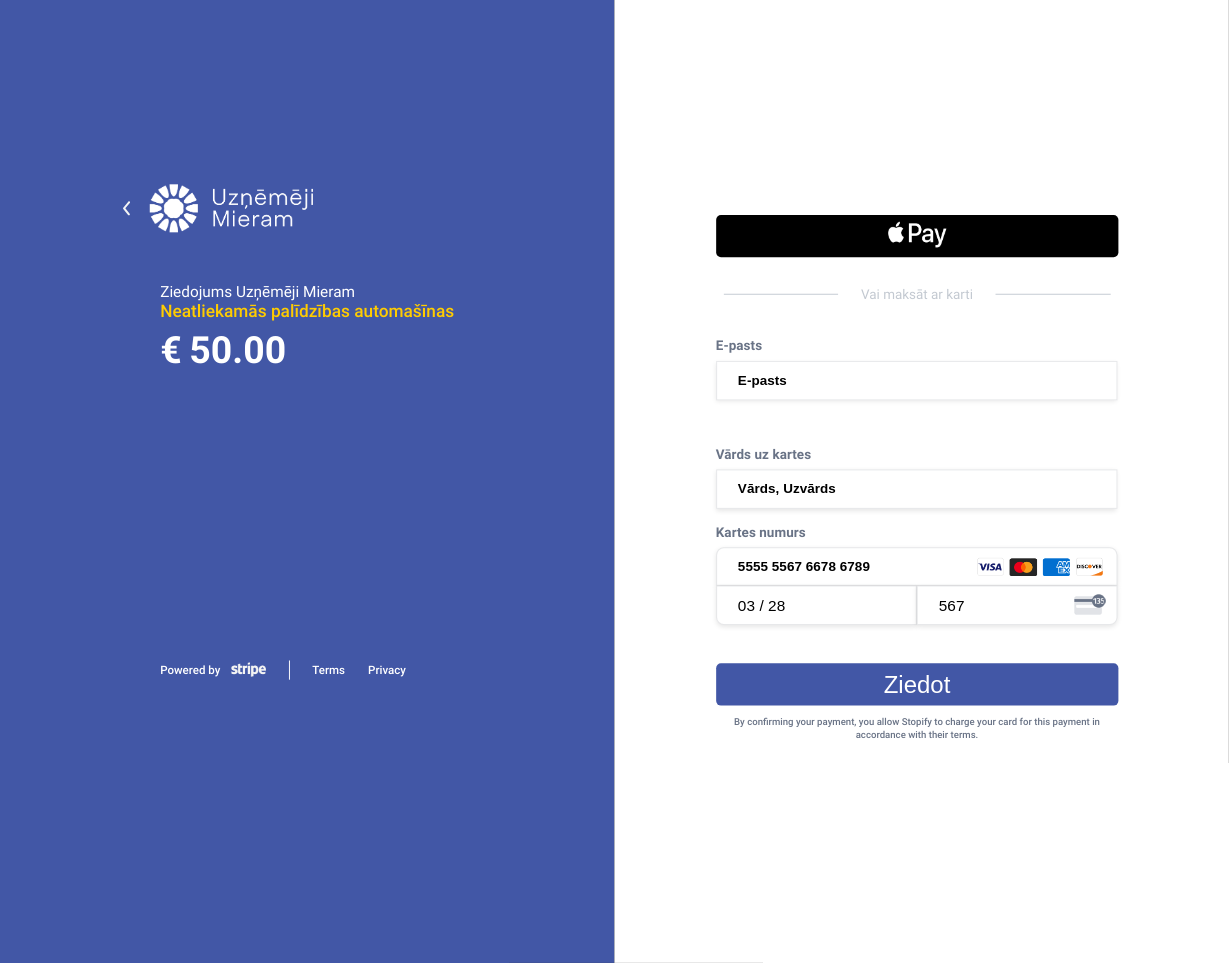
Repository: KatrinaPa/projekts_jul
Page: stripe.html
An editor plug-in stored every save of this project. The page is shown before and after the next save, followed by the edit.
The browser window is 1280 px wide. The pictures show the whole page, at 96% of full size.

Above is the page before, as saved 2023-08-03 21:23:40.

### stripe.html
<!DOCTYPE html>
<html lang="en">

<head>
    <meta charset="UTF-8">
    <meta http-equiv="X-UA-Compatible" content="IE=edge">
    <meta name="viewport" content="width=device-width, initial-scale=1.0">
    <title>Stripe</title>
    <link rel="preconnect" href="https://fonts.googleapis.com">
    <link rel="preconnect" href="https://fonts.gstatic.com" crossorigin>
    <link href="https://fonts.googleapis.com/css2?family=Poppins:wght@300;400;500;600;700&display=swap"
        rel="stylesheet">
    <link rel="preconnect" href="https://fonts.googleapis.com">
    <link rel="preconnect" href="https://fonts.gstatic.com" crossorigin>
    <link href="https://fonts.googleapis.com/css2?family=Poppins:wght@300;400;500;600&display=swap" rel="stylesheet">
    <link rel="stylesheet" href="./assets/main.css" />
    <link rel="stylesheet" href="./assets/stripe-styles.css" />
    <link rel="stylesheet" href="https://cdnjs.cloudflare.com/ajax/libs/font-awesome/6.2.0/css/all.min.css" />
</head>

<body>

    <main>
        <div class="panel-2">
            <section class="section_left">
                <div class="wrapper_left">
                    <div class="logo-back"><a href="sakums.html">
                            <button class="back-btn">
                                <svg xmlns="http://www.w3.org/2000/svg" width="26" height="26" viewBox="0 0 26 26"
                                    fill="none">
                                    <path
                                        d="M15.2444 20.2912C15.0888 20.2917 14.935 20.2574 14.7944 20.1907C14.6538 20.124 14.53 20.0266 14.4319 19.9058L9.40066 13.6558C9.24745 13.4694 9.1637 13.2356 9.1637 12.9943C9.1637 12.753 9.24745 12.5192 9.40066 12.3328L14.609 6.08285C14.7858 5.87012 15.0399 5.73635 15.3153 5.71095C15.5908 5.68556 15.865 5.77062 16.0777 5.94743C16.2905 6.12424 16.4242 6.37832 16.4496 6.65376C16.475 6.9292 16.39 7.20345 16.2132 7.41618L11.5569 12.9995L16.0569 18.5828C16.1843 18.7357 16.2652 18.9219 16.2901 19.1194C16.315 19.3168 16.2827 19.5173 16.1973 19.697C16.1118 19.8767 15.9766 20.0282 15.8078 20.1335C15.6389 20.2388 15.4434 20.2935 15.2444 20.2912Z"
                                        fill="#F4F4F4" />
                                </svg>
                            </button>
                            <div>
                                <img src="assets/images/UM_logo_white.png" alt="UM_logo_white" id="logo-white">
                            </div>
                        </a></div>
                    <div class="donate-amount">
                        <p>Ziedojums Uzņēmēji Mieram<br>
                            <span>Neatliekamās palīdzības automašīnas</span>
                        </p>
                        <div>
                            <h2>€</h2>
                            <h2>50.00</h2>
                        </div>
                    </div>
                    <div class="terms-privacy">
                        <div>Powered by <img src="assets/images/stripe_wht.png" alt="Stripe" id="stripe_logo"></div>
                        <div class="centred-divid"></div>
                        <div class="terms">Terms</div>
                        <div class="privacy">Privacy</div>
                    </div>
                </div>
            </section>


            <section class="section_right">
                <div class="wrapper_right">
                    <button type="submit" class="button-ApplePay"><img src="assets/images/applePay.png" alt="ApplePay"
                            id="applePay-btn"></button>
                    <div class="pay-card-wrapper">
                        <div class="pay-card-line"></div>
                        <div class="pay-card">
                            <p>Vai maksāt ar karti</p>
                        </div>
                        <div class="pay-card-line"></div>
                    </div>

                    <div class="donor-details">
                        <form action="#">
                            <div class="input-details">
                                <label for="email">E-pasts</label>
                                <input type="email" placeholder="E-pasts" id="email" />
                            </div>
                            <div class="input-details">
                                <label for="name-onCard">Vārds uz kartes</label>
                                <input type="text" placeholder="Vārds, Uzvārds" id="name-onCard" />
                            </div>

                            <div class="input-card-details">
                                <label for="card-nr">Kartes numurs</label>
                                <input type="tel" placeholder="5555 5567 6678 6789" id="card-nr"
                                    class="input-icon-cards" />
                                <div>
                                    <input type="tel" placeholder="03 / 28" id="valid" />
                                    <input type="tel" placeholder="567" id="cvc" class="input-icon-cvc" />
                                </div>
                            </div>

                            <button type="submit" class="button-donate id=" donate-btn">Ziedot</button>
                            <p>By confirming your payment, you allow Stopify to charge your card for this payment in
                                accordance with their terms.</p>
                        </form>
                    </div>
                </div>
            </section>

        </div>
    </main>


</body>

</html>

### assets/stripe-styles.css
.panel-2 {
    display: flex;
    flex-direction: row;
    justify-content: center;
}

.section_left {
    display: flex;
    justify-content: center;
    width: 50%;
    height: 62.69rem;
    background-color: #4257A6;
    font-family: Roboto;
    color: #ffffff;
}

.wrapper_left {
    display: flex;
    flex-direction: column;
    align-items: flex-start;
}

.logo-back {
    margin-top: 12rem;
}

.logo-back a {
    display: flex;
    gap: 0.7rem;
}

.back-btn {
    border: 0;
    background: transparent;
    padding: 0;
    cursor: pointer;
}

#logo-white {
    width: 10.625rem;
}

.donate-amount {
    display: flex;
    flex-direction: column;
    padding-left: 3rem;
}

.donate-amount p {
    font-size: 16px;
    font-weight: 400;
    margin: 3rem 3rem 0 0;
}

.donate-amount p span {
    font-size: 18px;
    font-weight: 500;
    color: #FFCC00;
}

.donate-amount div {
    display: flex;
    gap: 0.5rem;
}

.donate-amount h2 {
    font-size: 39px;
    font-weight: 600;
    margin-top: 0.5rem;
}

.terms-privacy {
    font-size: 12px;
    font-weight: 500;
    display: flex;
    gap: 1.5rem;
    margin-top: 16.7rem;
    width: 16rem;
    padding-left: 3rem;
}

.terms-privacy div:first-child {
    display: flex;
    justify-content: space-between;
    align-items: center;
}

.terms-privacy img {
    width: 33%;
}

.centred-divid {
    width: 1px;
    height: 1.25rem;
    background-color: #ffffff;
}

.terms,
.privacy {
    padding-top: 0.2rem;
    cursor: pointer;
}



.section_right {
    width: 50%;
    background-color: #ffffff;
    font-family: Roboto;
}

.wrapper_right {
    padding: 13rem 7.2rem 0 6.6rem;
}

.button-ApplePay {
    margin-top: 1rem;
    width: 100%;
    height: 2.75rem;
    max-width: 26.25rem;
    background-color: #000;
    border-radius: 5px;
    border: none;
    cursor: pointer;
}

.button-ApplePay img {
    width: 15%;
}

.pay-card-wrapper {
    display: flex;
    align-items: center;
    padding: 1rem 0.5rem 1.5rem 0.5rem;
    max-width: 25.2rem;
}

.pay-card {
    width: 100%;
    max-width: 26.25rem;
    margin: 0 1rem;
    display: flex;
    justify-content: center;
    font-size: 14px;
    font-weight: 400;
    color: #C3C9D1;
}

.pay-card-line {
    border-top: 1px solid #C3C9D1;
    width: 90%;
}

.section_right input {
    width: auto;
    max-width: 25.8rem;
    height: 2.3rem;
    border: solid 1px rgba(60, 66, 87, 0.12);
    box-shadow: 0px 2px 5px 0px rgba(0, 0, 0, 0.1);
    font-size: 14px;
    font-weight: 600;
    line-height: 22px;
    letter-spacing: 0.07px;
}

.section_right ::placeholder {
    padding: 0 1.25rem;
    color: #000;
}

.section_right label {
    color: #697386;
    font-size: 14px;
    font-weight: 600;
    letter-spacing: 0.07px;
}

form div:first-child {
    margin-bottom: 3rem;
}

.input-details {
    display: flex;
    flex-direction: column;
    gap: 0.5rem;
    margin-bottom: 1rem;
}

.input-card-details {
    gap: 0;
    display: flex;
    flex-direction: column;
}

.input-card-details label {
    margin-bottom: 0.5rem;
}

.input-card-details div {
    display: flex;
    flex-direction: row;
}

.input-card-details div input {
    width: 50%;
    max-width: 12.7rem;
    font-size: 16px;
    font-weight: 500;
}

.input-details input {
    margin: 0;
}

#card-nr {
    border-radius: 8px 8px 0 0;
}

#valid {
    border-radius: 0 0 0 8px;
}

#cvc {
    border-radius: 0 0 8px 0;
}

.input-icon-cards {
    background-image: url(images/cards.png);
    background-position: right center;
    background-size: 35%;
}

.input-icon-cvc {
    background-image: url(images/cvc.png);
    background-position: right center;
    background-size: 21%;
}

.donor-details input {
    background-repeat: no-repeat;
}

.donor-details p {
    color: #697386;
    text-align: center;
    font-size: 10px;
    font-weight: 500;
    line-height: 14px;
}

.button-donate {
    margin-top: 2.5rem;
    width: 100%;
    max-width: 26.25rem;
    background-color: #4257A6;
    color: #ffffff;
    font-size: 25px;
    font-weight: 500;
    height: 2.75rem;
    text-decoration: none;
    border-radius: 5px;
    border: none;
    cursor: pointer;
}

@media (min-width: 1370px) {
    .wrapper_right {
        padding: 13rem 10.5rem 0 6.6rem;
    }
}

@media (min-width: 1340px) {
    .wrapper_right {
        padding: 13rem 9.5rem 0 6.6rem;
    }
}

@media (min-width: 1300px) {
    .wrapper_right {
        padding: 13rem 8.5rem 0 6.6rem;
    }
}

@media screen and (max-width: 1279px) {

    .donate-amount p {
        font-size: 14px;
    }

    .donate-amount p span {
        font-size: 16px;
    }

    .pay-card-line {
        width: 80%;
    }

    .wrapper_right {
        padding: 13rem 7.5rem 0 5.6rem;
    }
}

@media screen and (max-width: 1120px) {

    .pay-card-line {
        width: 65%;
    }

    .wrapper_right {
        padding: 13rem 6.5rem 0 5rem;
    }
}

@media (max-width: 1020px) {

    .wrapper_right {
        padding: 13rem 5.5rem 0 4.5rem;
    }
}

@media (max-width: 952px) {

    .pay-card-line {
        width: 53%;
    }

    .pay-card {
        margin: 0 0.8rem;
    }

    .wrapper_right {
        padding: 13rem 4.4rem 0 4rem;
    }
}

@media (max-width: 832px) {

    .pay-card-line {
        width: 41%;
    }

    .wrapper_right {
        padding: 13rem 3rem 0 3rem;
    }
}

@media (max-width: 804px) {

    .terms-privacy {
        margin-top: 15.5rem;
    }

    .input-icon-cards {
        background-size: 30%;
    }
}

@media screen and (max-width: 700px) {

    .panel-2 {
        flex-direction: column;
        align-items: center;
    }

    .section_left {
        height: 18.125rem;
        width: 100%;
    }

    .donate-amount p {
        font-size: 12px;
    }

    .donate-amount p span {
        font-size: 14px;
    }

    .logo-back {
        margin-top: 2.5rem;
    }

    .donate-amount {
        padding-left: 0;
    }

    .donate-amount p {
        margin: 2rem 0 0.5rem 0;
        text-align: center;
    }

    .donate-amount div {
        justify-content: center;
    }

    .terms-privacy {
        display: none;
    }


    .section_right {
        height: 44rem;
        width: 100%;
    }

    .wrapper_right {
        padding: 2.875rem 1.5rem 3rem 1.5rem;
        display: flex;
        flex-direction: column;
        align-items: center;
    }

    .button-ApplePay {
        margin-top: 0;
    }

    .pay-card-wrapper {
        width: 100%;
    }

    .pay-card-line {
        width: 100%;
    }

}

@media screen and (max-width: 445px) {
    .pay-card-line {
        width: 70%;
    }


}

Loaded but not shown: assets/main.css (1433 lines, source omitted)

After the next save:
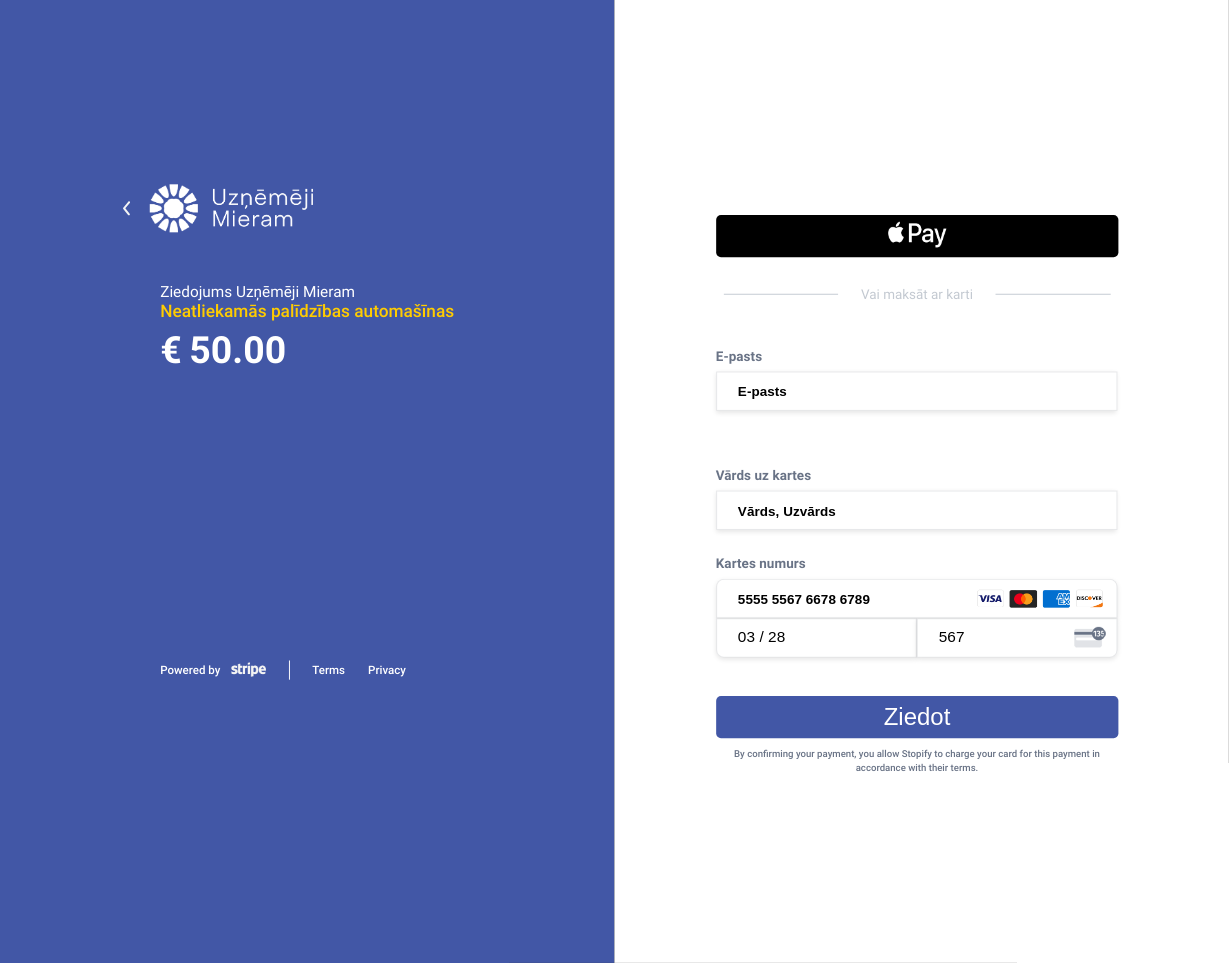
Saved 73 s later.
--- a/assets/stripe-styles.css
+++ b/assets/stripe-styles.css
@@ -173,6 +173,7 @@
     font-size: 14px;
     font-weight: 600;
     letter-spacing: 0.07px;
+    padding-top: 0.7rem;
 }
 
 form div:first-child {
